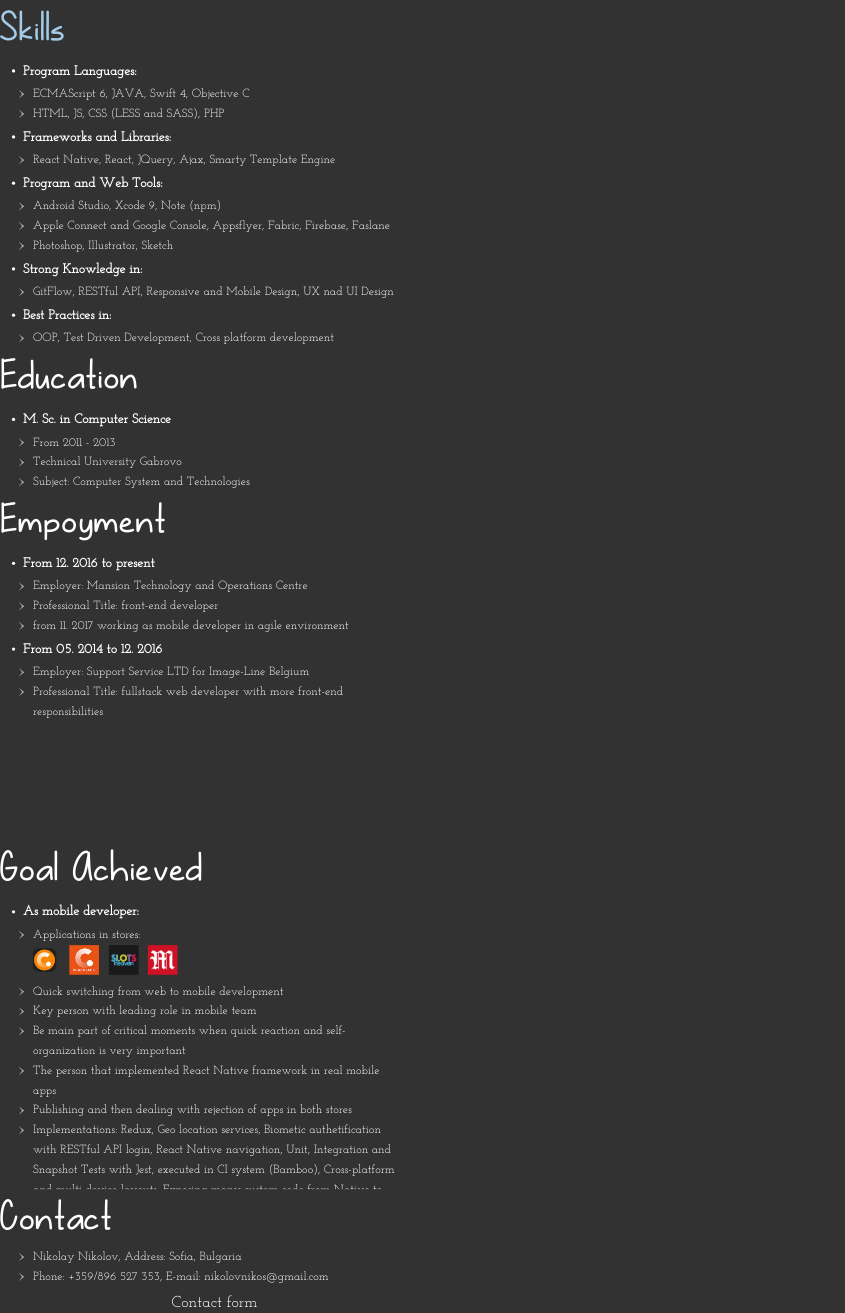
Repository: nikichanko/cv
Page: print.html
An editor plug-in stored every save of this project. The page is shown before and after the next save, followed by the edit.
The browser window is 1280 px wide. The pictures show the whole page, at 66% of full size.

Above is the page before, as saved 2018-08-10 03:28:06.

After the next save:
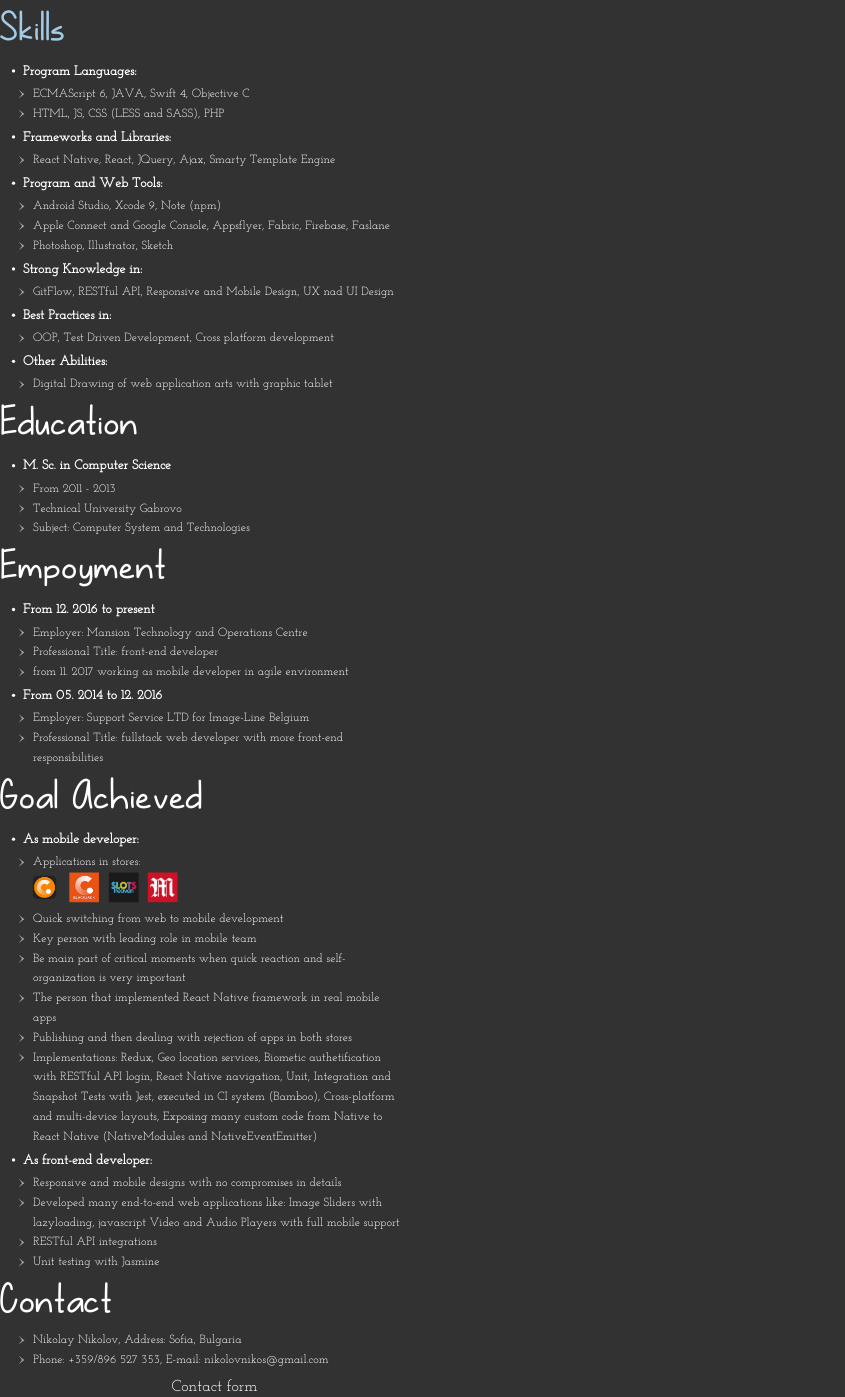
Saved 2 min 40 s later.
--- a/css/print.css
+++ b/css/print.css
@@ -6,3 +6,6 @@
 .close {
   display: none;
 }
+.ul-wrapper{
+  height: auto;
+}
